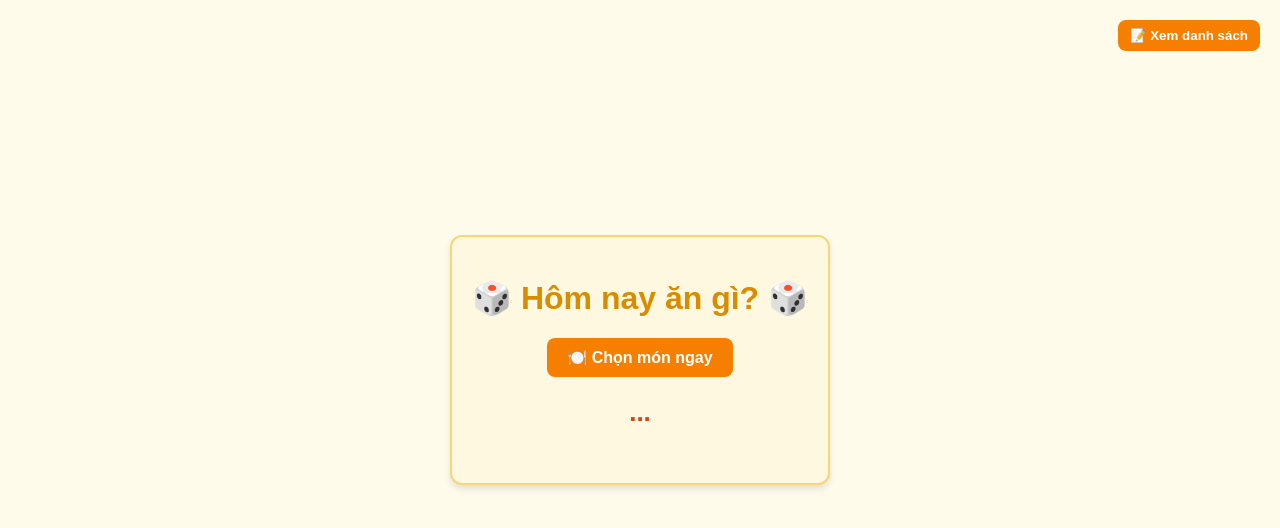
Repository: NT912/What-s-food-today-
Page: index.html
The author's editor kept a copy of each file at every save. The page is drawn from the files as they stood at one save, then again after the next save.
The browser window is 1280 px wide. The pictures show the whole page.

Above is the page before, as saved 2024-12-17 21:07:03.

### index.html
<!DOCTYPE html>
<html lang="vi">

<head>
  <meta charset="UTF-8">
  <meta name="viewport" content="width=device-width, initial-scale=1.0">
  <title>Random Món Ăn</title>
  <link rel="stylesheet" href="style.css">
</head>

<body>
  <!-- Phần random món ăn -->
  <div class="container">
    <h1>🎲 Hôm nay ăn gì? 🎲</h1>
    <button id="randomBtn" onclick="startRandom()">🍽️ Chọn món ngay</button>
    <p id="randomFood">...</p>
  </div>

  <!-- Nút mở popup danh sách -->
  <button class="edit-btn" onclick="openPopup()">📝 Xem danh sách</button>

  <!-- Popup chỉnh sửa danh sách -->
  <div id="popup" class="popup">
    <div class="popup-content">
      <span class="close-btn" onclick="closePopup()">❌</span>
      <h2>📋 Danh sách món ăn</h2>
      <ul id="foodList"></ul>
      <div class="controls">
        <input type="text" id="foodInput" placeholder="Tên món ăn...">
        <input type="text" id="addressInput" placeholder="Địa chỉ (tùy chọn)...">
        <button onclick="addFood()">➕ Thêm</button>
      </div>
    </div>
  </div>

  <!-- Popup kết quả chúc mừng -->
  <div id="resultPopup" class="popup">
    <div class="result-content" id="resultPopupContent"></div>
  </div>

  <script src="script.js"></script>
</body>

</html>

### style.css
/* General Styles */
body {
  font-family: "Arial", sans-serif;
  margin: 0;
  background-color: #fffbea; /* Nền vàng nhẹ */
  color: #333;
  display: flex;
  justify-content: center;
  align-items: center;
  height: 100vh;
  overflow: hidden;
}

h1 {
  color: #d88c00; /* Cam vàng đậm */
}

.container {
  text-align: center;
  background: #fff8e1; /* Vàng nhạt */
  border: 2px solid #f5d77a;
  padding: 20px;
  border-radius: 12px;
  box-shadow: 0 4px 6px rgba(0, 0, 0, 0.1);
}

#randomBtn {
  background: #f77f00; /* Cam đậm */
  color: #fff;
  border: none;
  padding: 10px 20px;
  font-size: 16px;
  font-weight: bold;
  border-radius: 8px;
  cursor: pointer;
  transition: transform 0.2s, background 0.3s;
}

#randomBtn:hover {
  transform: scale(1.1);
  background: #e76f00;
}

#randomFood {
  margin-top: 20px;
  font-size: 26px;
  color: #d84315; /* Cam đậm */
  font-weight: bold;
  height: 40px;
}

/* Edit Button */
.edit-btn {
  position: absolute;
  top: 20px;
  right: 20px;
  background: #f77f00;
  color: white;
  padding: 8px 12px;
  border: none;
  border-radius: 8px;
  cursor: pointer;
  font-weight: bold;
}

.edit-btn:hover {
  background: #e76f00;
}

/* Popup chung */
.popup {
  display: none;
  position: fixed;
  top: 0;
  left: 0;
  width: 100%;
  height: 100%;
  background-color: rgba(0, 0, 0, 0.5);
  justify-content: center;
  align-items: center;
  z-index: 1000;
}

.popup-content {
  background: #fff8e1;
  padding: 30px;
  border-radius: 12px;
  text-align: center;
  width: 400px;
}

li {
  background: #fff5cc;
  margin: 5px 0;
  padding: 8px 12px;
  display: flex;
  justify-content: space-between;
  border-radius: 8px;
  border: 1px solid #f5d77a;
}

li div {
  text-align: left;
}

li strong {
  font-size: 16px;
  color: #d84315;
}

li small {
  font-size: 12px;
  color: #666;
}

### script.js
let foodList = [
  { name: "Mì quảng tôm thịt", addresses: [] },
  { name: "Bánh cuốn", addresses: [] },
  { name: "Bún nước KonTum", addresses: [] },
  { name: "Cút lộn xào me", addresses: [] },
  { name: "Ốc đinh", addresses: [] },
  { name: "Mì cay", addresses: [] },
  { name: "Bún bò", addresses: [] },
  { name: "Chè", addresses: [] },
  { name: "Bánh mì chảo", addresses: [] },
  { name: "Mì trộn", addresses: [] },
  { name: "Xôi", addresses: [] },
  { name: "Bún ram chay", addresses: [] },
  { name: "Bún thịt nướng", addresses: [] },
  { name: "Bún chả", addresses: [] },
  { name: "Bánh canh", addresses: [] },
  { name: "Phở khô gia lai", addresses: [] },
  { name: "Ram cuốn cải", addresses: [] },
  { name: "Bánh bèo", addresses: [] },
  { name: "Bánh căn", addresses: [] },
  { name: "Kem bơ", addresses: [] },
];

function renderList() {
  const list = document.getElementById("foodList");
  list.innerHTML = "";
  foodList.forEach((item, index) => {
    list.innerHTML += `
            <li>
                <div>
                    <strong>${item.name}</strong>
                    <br><small>${
                      item.addresses.length > 0
                        ? item.addresses.join(", ")
                        : "Chưa có địa chỉ"
                    }</small>
                </div>
                <button onclick="deleteFood(${index})">❌</button>
            </li>
        `;
  });
}

function addFood() {
  const foodInput = document.getElementById("foodInput");
  const addressInput = document.getElementById("addressInput");
  const foodName = foodInput.value.trim();
  const address = addressInput.value.trim();

  if (foodName) {
    foodList.push({ name: foodName, addresses: address ? [address] : [] });
    renderList();
    foodInput.value = "";
    addressInput.value = "";
  }
}

function deleteFood(index) {
  foodList.splice(index, 1);
  renderList();
}

function startRandom() {
  const result = document.getElementById("randomFood");
  let index = Math.floor(Math.random() * foodList.length);
  const selected = foodList[index];
  result.textContent = `🍽️ ${selected.name}`;
  showResultPopup(
    selected.name,
    selected.addresses.length ? selected.addresses[0] : "Không có địa chỉ"
  );
}

function showResultPopup(food, address) {
  const popup = document.getElementById("resultPopup");
  const popupContent = document.getElementById("resultPopupContent");
  popupContent.innerHTML = `🎉 Món ăn hôm nay là: <br><strong>${food}</strong><br>📍 ${address}`;
  popup.style.display = "flex";
}

function closePopup() {
  document.getElementById("popup").style.display = "none";
}

window.onload = renderList;

After the next save:
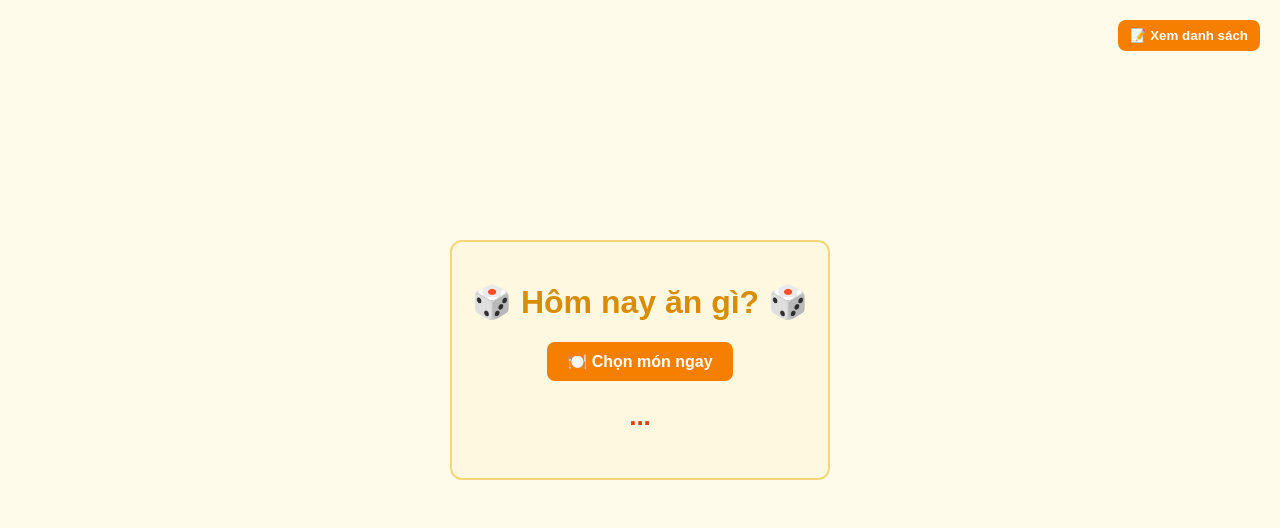
Saved 30 s later.
--- a/style.css
+++ b/style.css
@@ -2,30 +2,28 @@
 body {
   font-family: "Arial", sans-serif;
   margin: 0;
-  background-color: #fffbea; /* Nền vàng nhẹ */
+  background-color: #fffbea;
   color: #333;
   display: flex;
   justify-content: center;
   align-items: center;
   height: 100vh;
-  overflow: hidden;
 }
 
 h1 {
-  color: #d88c00; /* Cam vàng đậm */
+  color: #d88c00;
 }
 
 .container {
   text-align: center;
-  background: #fff8e1; /* Vàng nhạt */
+  background: #fff8e1;
   border: 2px solid #f5d77a;
   padding: 20px;
   border-radius: 12px;
-  box-shadow: 0 4px 6px rgba(0, 0, 0, 0.1);
 }
 
 #randomBtn {
-  background: #f77f00; /* Cam đậm */
+  background: #f77f00;
   color: #fff;
   border: none;
   padding: 10px 20px;
@@ -33,7 +31,7 @@ h1 {
   font-weight: bold;
   border-radius: 8px;
   cursor: pointer;
-  transition: transform 0.2s, background 0.3s;
+  transition: 0.3s;
 }
 
 #randomBtn:hover {
@@ -44,12 +42,10 @@ h1 {
 #randomFood {
   margin-top: 20px;
   font-size: 26px;
-  color: #d84315; /* Cam đậm */
+  color: #d84315;
   font-weight: bold;
-  height: 40px;
 }
 
-/* Edit Button */
 .edit-btn {
   position: absolute;
   top: 20px;
@@ -63,11 +59,6 @@ h1 {
   font-weight: bold;
 }
 
-.edit-btn:hover {
-  background: #e76f00;
-}
-
-/* Popup chung */
 .popup {
   display: none;
   position: fixed;
@@ -75,40 +66,28 @@ h1 {
   left: 0;
   width: 100%;
   height: 100%;
-  background-color: rgba(0, 0, 0, 0.5);
+  background: rgba(0, 0, 0, 0.5);
   justify-content: center;
   align-items: center;
-  z-index: 1000;
 }
 
-.popup-content {
+.popup-content,
+.result-content {
   background: #fff8e1;
-  padding: 30px;
+  padding: 20px;
   border-radius: 12px;
   text-align: center;
-  width: 400px;
+  box-shadow: 0 8px 16px rgba(0, 0, 0, 0.3);
+  animation: popupEffect 0.5s;
 }
 
-li {
-  background: #fff5cc;
-  margin: 5px 0;
-  padding: 8px 12px;
-  display: flex;
-  justify-content: space-between;
-  border-radius: 8px;
-  border: 1px solid #f5d77a;
+@keyframes popupEffect {
+  0% {
+    transform: scale(0.8);
+    opacity: 0;
+  }
+  100% {
+    transform: scale(1);
+    opacity: 1;
+  }
 }
-
-li div {
-  text-align: left;
-}
-
-li strong {
-  font-size: 16px;
-  color: #d84315;
-}
-
-li small {
-  font-size: 12px;
-  color: #666;
-}
